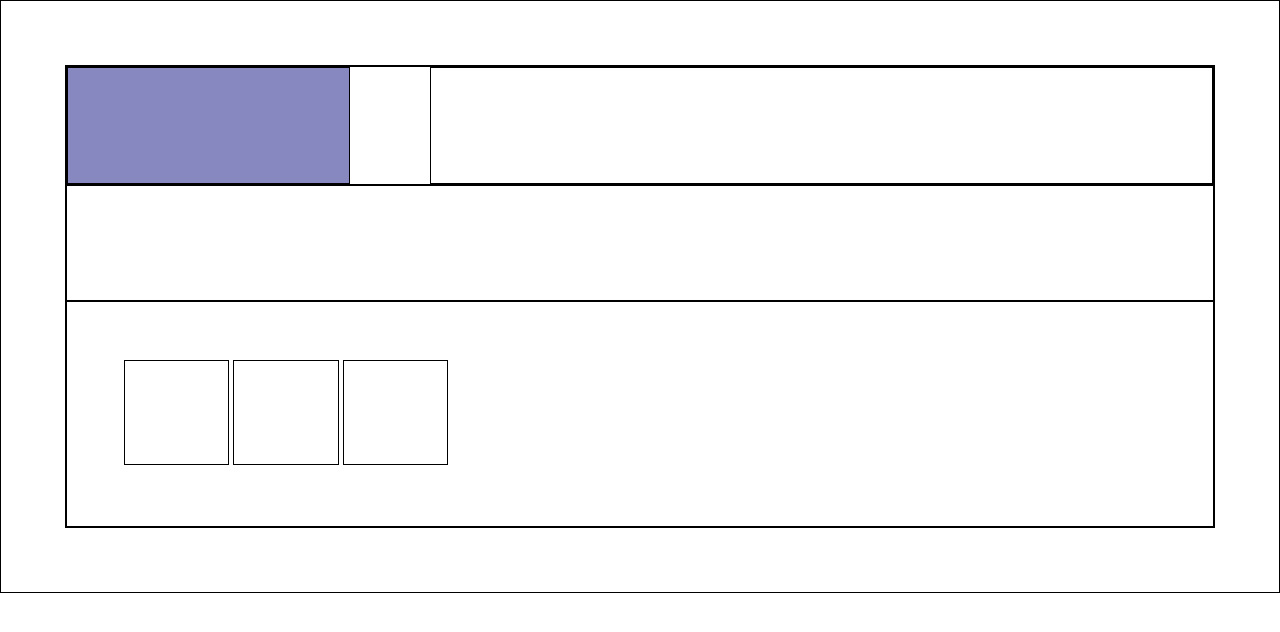
Repository: punitbathija/Placement-Assitance-iNeuron
Page: responsive-web-design.html
An editor plug-in stored every save of this project. The page is shown before and after the next save, followed by the edit.
The browser window is 1280 px wide. The pictures show the whole page.

Above is the page before, as saved 2023-05-23 13:21:24.

### responsive-web-design.html
<!DOCTYPE html>
<html lang="en">
  <head>
    <meta charset="UTF-8" />
    <meta http-equiv="X-UA-Compatible" content="IE=edge" />
    <meta name="viewport" content="width=device-width, initial-scale=1.0" />
    <title>Document</title>
  </head>
  <link rel="stylesheet" href="responsive-web-design.css" />
  <body>
    <main class="main">
      <nav class="nav">
        <div class="left"></div>
        <div class="right"></div>
      </nav>
      <section class="hero"></section>
      <section class="slidebar">
        <img class="image" />
        <img class="image" />
        <img class="image" />
      </section>
    </main>
  </body>
</html>

### responsive-web-design.css
body{
    padding: 0;
    margin: 0;
    border: 0;
}
*{
    padding: 5%;
    border: 1px solid black;
}

.main{
    padding: 0;
}

.nav{
    display: flex;
    gap: 5em;
    padding: 0;
}

.left{
    flex: 1;
    background-color: rgb(136, 136, 192);
}

.right{
    flex: 4;
}

After the next save:
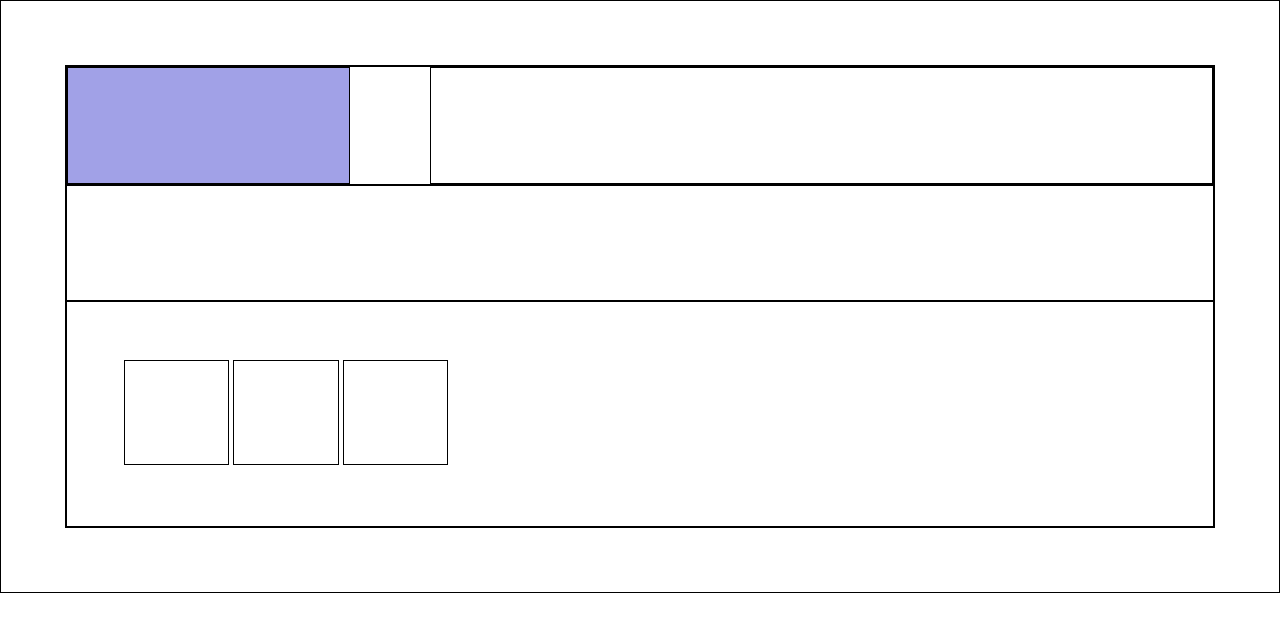
Saved 11 s later.
--- a/responsive-web-design.css
+++ b/responsive-web-design.css
@@ -20,7 +20,7 @@ body{
 
 .left{
     flex: 1;
-    background-color: rgb(136, 136, 192);
+    background-color: rgb(161, 161, 231);
 }
 
 .right{
